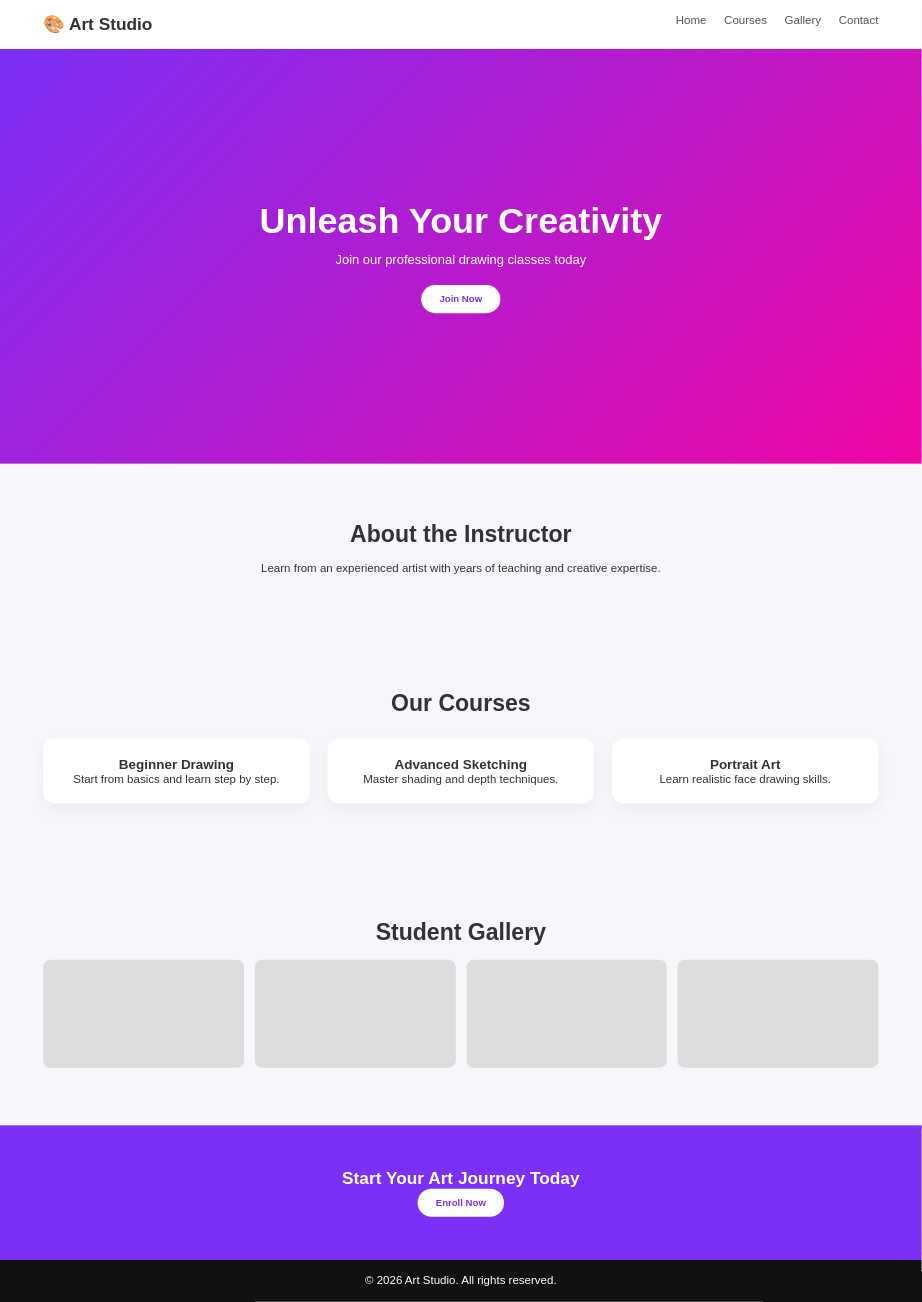
Repository: nandharjpm/Art-World
Page: http://localhost/
An editor plug-in stored every save of this project. The page is shown before and after the next save, followed by the edit.
The browser window is 1280 px wide. The pictures show the whole page, at 72% of full size.
The page is served by the project's Laravel application, run on PHP 8.4 with Laravel 12. Other server files are loaded and not shown.

Above is the page before, as saved 2026-04-18 14:52:56.

### resources/views/welcome.blade.php
<!DOCTYPE html>
<html lang="en">
<head>
    <meta charset="UTF-8">
    <meta name="viewport" content="width=device-width, initial-scale=1.0">
    <title>Art Studio</title>

    <link rel="stylesheet" href="{{ asset('css/style.css') }}">
</head>
<body>

<nav class="navbar">
    <h1>🎨 Art Studio</h1>
    <div>
        <a href="#">Home</a>
        <a href="#">Courses</a>
        <a href="#">Gallery</a>
        <a href="#">Contact</a>
    </div>
</nav>

<div class="hero">
    <div>
        <h1>Unleash Your Creativity</h1>
        <p>Join our professional drawing classes today</p>
        <button class="btn">Join Now</button>
    </div>
</div>

<div class="section">
    <h2>About the Instructor</h2>
    <p>Learn from an experienced artist with years of teaching and creative expertise.</p>
</div>

<div class="section">
    <h2>Our Courses</h2>
    <div class="card-container">
        <div class="card">
            <h3>Beginner Drawing</h3>
            <p>Start from basics and learn step by step.</p>
        </div>
        <div class="card">
            <h3>Advanced Sketching</h3>
            <p>Master shading and depth techniques.</p>
        </div>
        <div class="card">
            <h3>Portrait Art</h3>
            <p>Learn realistic face drawing skills.</p>
        </div>
    </div>
</div>

<!-- Gallery -->
<div class="section">
    <h2>Student Gallery</h2>
    <div class="gallery">
        <div></div>
        <div></div>
        <div></div>
        <div></div>
    </div>
</div>

<!-- CTA -->
<div class="cta">
    <h2>Start Your Art Journey Today</h2>
    <button class="btn">Enroll Now</button>
</div>

<!-- Footer -->
<div class="footer">
    <p>© 2026 Art Studio. All rights reserved.</p>
</div>

</body>
</html>

### public/css/style.css
/* Reset */
* {
    margin: 0;
    padding: 0;
    box-sizing: border-box;
}

body {
    font-family: 'Poppins', sans-serif;
    background: #f5f7fb;
    color: #333;
}

/* Navbar */
.navbar {
    display: flex;
    justify-content: space-between;
    padding: 20px 60px;
    background: #ffffff;
    box-shadow: 0 4px 10px rgba(0,0,0,0.05);
}

.navbar h1 {
    font-size: 24px;
    font-weight: 600;
}

.navbar a {
    margin-left: 20px;
    text-decoration: none;
    color: #555;
    transition: 0.3s;
}

.navbar a:hover {
    color: #000;
}

/* Hero Section */
.hero {
    height: 80vh;
    display: flex;
    justify-content: center;
    align-items: center;
    text-align: center;
    background: linear-gradient(135deg, #7b2ff7, #f107a3);
    color: white;
}

.hero h1 {
    font-size: 50px;
    margin-bottom: 15px;
}

.hero p {
    font-size: 18px;
    margin-bottom: 25px;
}

.btn {
    padding: 12px 25px;
    border-radius: 30px;
    border: none;
    cursor: pointer;
    background: white;
    color: #7b2ff7;
    font-weight: 600;
    transition: 0.3s;
}

.btn:hover {
    background: #eee;
}

/* Section */
.section {
    padding: 80px 60px;
    text-align: center;
}

.section h2 {
    font-size: 32px;
    margin-bottom: 20px;
}

/* Cards */
.card-container {
    display: grid;
    grid-template-columns: repeat(3, 1fr);
    gap: 25px;
    margin-top: 30px;
}

.card {
    background: #fff;
    padding: 25px;
    border-radius: 15px;
    box-shadow: 0 8px 20px rgba(0,0,0,0.05);
    transition: 0.3s;
}

.card:hover {
    transform: translateY(-8px);
    box-shadow: 0 12px 25px rgba(0,0,0,0.1);
}

/* Gallery */
.gallery {
    display: grid;
    grid-template-columns: repeat(4, 1fr);
    gap: 15px;
}

.gallery div {
    height: 150px;
    background: #ddd;
    border-radius: 10px;
}

/* CTA */
.cta {
    background: #7b2ff7;
    color: white;
    padding: 60px;
    text-align: center;
}

/* Footer */
.footer {
    background: #111;
    color: white;
    padding: 20px;
    text-align: center;
}

/* Responsive */
@media(max-width: 900px) {
    .card-container {
        grid-template-columns: 1fr;
    }

    .gallery {
        grid-template-columns: 1fr 1fr;
    }
}

Loaded but not shown: app/Providers/AppServiceProvider.php (common file); routes/web.php (common file)

After the next save:
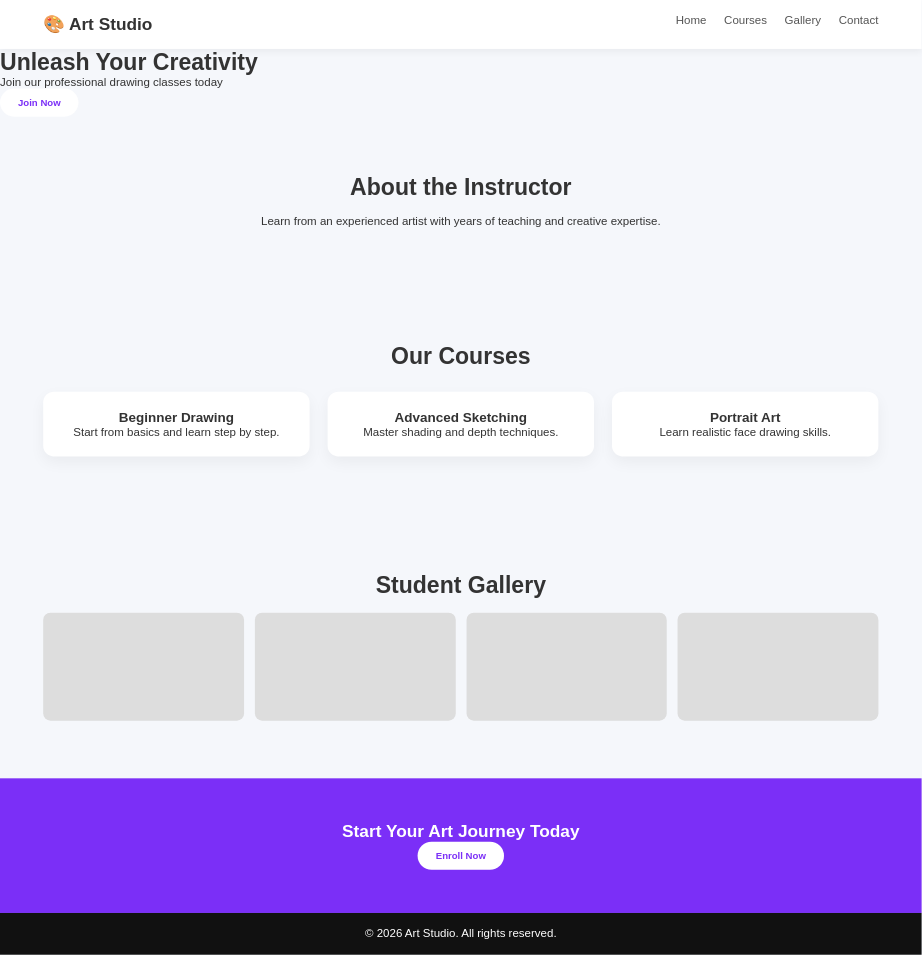
Saved 3 min 59 s later.
--- a/resources/views/welcome.blade.php
+++ b/resources/views/welcome.blade.php
@@ -19,8 +19,8 @@
     </div>
 </nav>
 
-<div class="hero">
-    <div>
+<div class="parallax" style="background-image: url('{{ asset('images/art1.jpg') }}');">
+    <div class="parallax-content">
         <h1>Unleash Your Creativity</h1>
         <p>Join our professional drawing classes today</p>
         <button class="btn">Join Now</button>
